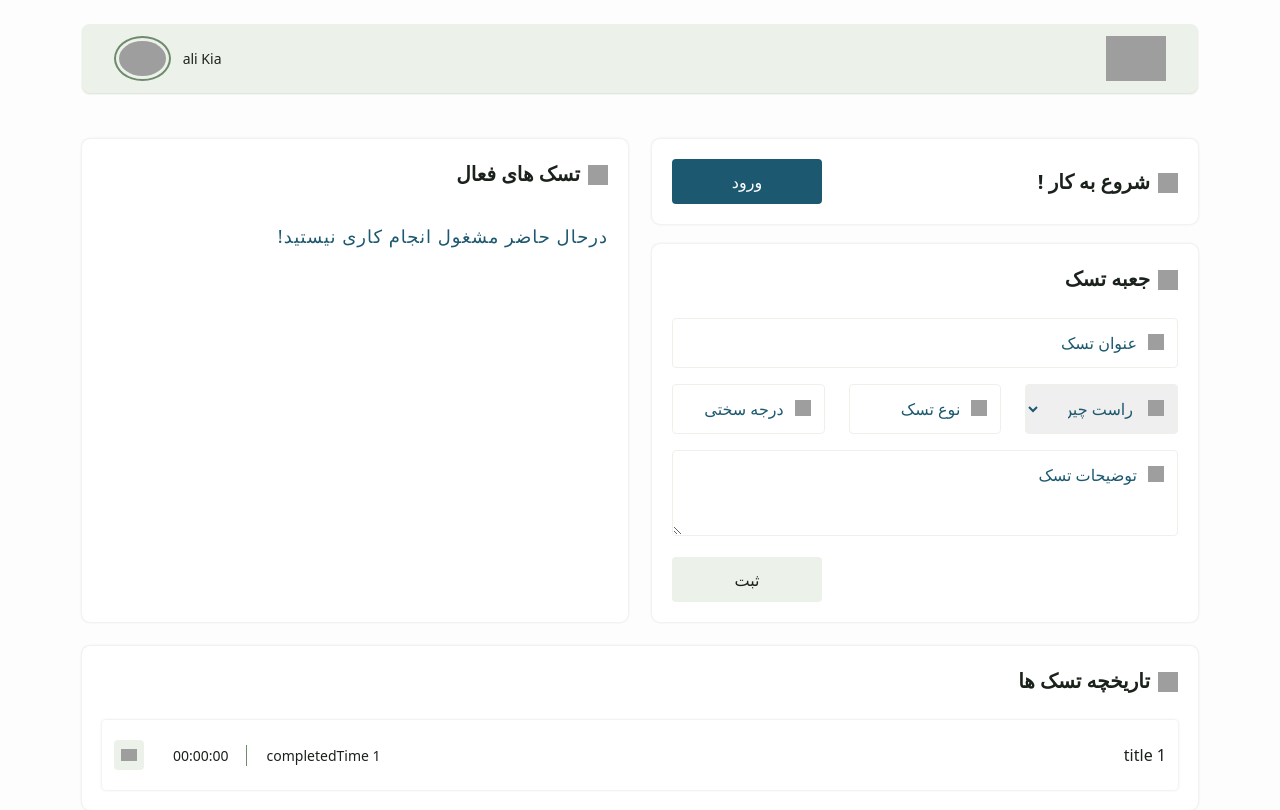
Repository: alirezvanikia/dynamic-form
Page: /
The author's editor kept a copy of each file at every save. The page is drawn from the files as they stood at one save, then again after the next save.
The browser window is 1280 px wide. The pictures show the whole page.
Pictures or frames that could not be fetched are drawn as grey boxes. The project was rebuilt for these pictures with package versions that can differ from the ones it lists, and the page was loaded fresh each time. Also part of the build but not shown: vite.config.js, src/components/taskModal.vue.

Above is the page before, as saved 2024-11-09 21:41:22.

### src/App.vue
<template>
  <div class="task-manager" ref="taskManagerDiv">
    <div class="container">
      <header class="header">
        <div class="header__logo">
          <img class="header__image" src="./media/rtl-logo.png" alt="logo">
        </div>
        <div class="header__avatar">
          <div class="header__name">
            ali Kia
          </div>
          <img class="header__image" src="./media/avatar.png" alt="avatar">
        </div>
      </header>
      <div class="task-manager-area row">
        <div class="col-lg-6">
          <div class="task-manager-box task-manager-box__attendance-time">
            <div class="task-manager-title">
              <div class="task-manager-title__icon">
                <img src="./icons/cookie.svg" class="task-manager-icon" alt="cookie">
              </div>
              <div class="task-manager-title__text">
                شروع به کار !
              </div>
            </div>
            <div class="task-manager-box__attendance-btn">
              <button @click="addTask" class="btn btn--blue me-auto">ورود</button>
            </div>
          </div>
          <div class="task-manager-box">
            <div class="task-manager-values">
              <div class="task-manager-title">
                <div class="task-manager-title__icon">
                  <img src="./icons/add-task-box.svg" class="task-manager-icon" alt="hand-scanner">
                </div>
                <div class="task-manager-title__text">
                  جعبه تسک
                </div>
              </div>
              <div class="row">
                <div class="col-lg-12">
                  <div class="task-manager-input">
                    <input v-model="newTaskTitle" type="text" placeholder="عنوان تسک"
                      class="task-manager-input__inner" />
                    <img src="./icons/pencil.svg" class="task-manager-icon" alt="pencil">
                  </div>
                </div>
                <div class="col-lg-4">
                  <div class="task-manager-input">
                    <select class="task-manager-input__inner" v-model="newTaskCategory"
                      aria-label="Default select example">
                      <option selected Default value="راست چین">راست چین</option>
                      <option value="هاست">هاست</option>
                      <option value="جلسه">جلسه</option>
                      <option value="متفرقه">متفرقه</option>
                    </select>
                    <img src="./icons/file-search.svg" class="task-manager-icon" alt="pencil">
                  </div>
                </div>
                <div class="col-lg-4">
                  <div class="task-manager-input">
                    <input type="text" v-model="newTaskType" placeholder="نوع تسک" class="task-manager-input__inner">
                    <img src="./icons/chart-network.svg" class="task-manager-icon" alt="chart-network">
                  </div>
                </div>
                <div class="col-lg-4">
                  <div class="task-manager-input">
                    <input type="number" v-model="newTaskLevel" placeholder="درجه سختی"
                      class="task-manager-input__inner">
                    <img src="./icons/tornado.svg" class="task-manager-icon" alt="tornado">
                  </div>
                </div>
                <div class="col-lg-12">
                  <div class="task-manager-input">
                    <textarea class="task-manager-input__inner" v-model="newTaskDescription" placeholder="توضیحات تسک"
                      id="exampleFormControlTextarea1" rows="3"></textarea>
                    <img src="./icons/microphone-alt.svg" class="task-manager-icon" alt="chart-network">
                  </div>
                </div>
                <div class="task-manager__action">
                  <button @click="addTask" class="btn btn--green me-auto">ثبت</button>
                </div>
              </div>
            </div>
          </div>
        </div>
        <div class="col-lg-6">
          <div class="task-manager-box h-100">
            <div class="task-manager-actives">
              <div class="task-manager-title">
                <div class="task-manager-title__icon">
                  <img src="./icons/recycle.svg" class="task-manager-icon" alt="hand-scanner">
                </div>
                <div class="task-manager-title__text">
                  تسک های فعال
                </div>
              </div>
            </div>
            <div class="row">
              <div class="col-lg-12">
                <div class="task-manager-card-container">
                  <!--
                  create cards and add 'activeTasks' for all
                  - `key`: every tasks key
                  - `isCompleted`: tasks status
                  - `@end-task="completeTask(task.id)`: call completed task with id after end task
                -->
                  <taskCard v-for="task in activeTasks" :key="task.id" :title="task.title"
                    :isCompleted="task.isCompleted" :id="task.id" @end-task="completeTask"
                    :completedTime="task.completedTime" @pause-task="pauseTask" @resume-task="resumeTask" />
                  <!-- For when the box is empty-->
                  <div class="task-manager-box__empty" v-if="activeTasks.length == 0">
                    درحال حاضر مشغول انجام کاری نیستید!
                  </div>
                </div>
              </div>
            </div>
          </div>
        </div>
        <div class="col-lg-12">
          <div class="task-manager-box mt-4">
            <div class="task-manager-history">
              <div class="task-manager-title">
                <div class="task-manager-title__icon">
                  <img src="./icons/time-twenty-four.svg" class="task-manager-icon" alt="time-twenty-four">
                </div>
                <div class="task-manager-title__text">
                  تاریخچه تسک ها
                </div>
              </div>
              <div class="task-manager-card-container">
                <div class="task-manager-card-container">
                  <taskCard v-for="task in completedTasks" :key="task.id" :title="task.title" :type="task.type"
                    :category="task.category" :isCompleted="task.isCompleted" :id="task.id"
                    :completedTime="task.completedTime" @detail-task="showTaskDetails(task.id)"
                    @end-task="completeTask" />
                </div>

              </div>
              <!-- For when the box is empty-->
              <div class="task-manager-box__empty" v-if="completedTasks.length == 0">
                تسک انجام شده ای در تاریخچه شما یافت نشد!
              </div>
            </div>
          </div>
        </div>
      </div>
    </div>

    <taskModal v-if="isModalVisible" :taskTitle="selectedTaskTitle" :taskCategory="selectedTaskCategory"
      :taskType="selectedTaskType" :taskLevel="selectedTaskLevel" :taskDescription="selectedTaskDescription"
      @close="hideTaskDetails" />

  </div>
</template>

<script>
//import axios from 'axios';
import taskCard from './components/taskCard.vue';
import TaskModal from './components/taskModal.vue';

export default {
  components: { taskCard, TaskModal },
  data() {
    return {
      newTaskTitle: '', // Save input value
      newTaskType: '', // Save input type
      newTaskLevel: '', // Save input type
      tasks: [], // Tasks list
      newTaskCategory: 'راست چین', // مقدار پیش‌فرض برای نمایش «راست چین»
      isModalVisible: false, // متغیر برای کنترل نمایش مدال
      selectedTaskTitle: '',
      selectedTaskCategory: '',
      selectedTaskType: '',
      selectedTaskLevel: '',
      selectedTaskDescription: '',
    };
  },
  computed: {
    activeTasks() {
      return this.tasks.filter(task => !task.isCompleted);
    },
    completedTasks() {
      return this.tasks.filter(task => task.isCompleted);
    },
  },
  methods: {
    fetchTasks() {
      fetch('/jsonData.json')
        .then(response => response.json())
        .then(data => {
          // Assuming each task has `isCompleted` property, if not, initialize it
          this.tasks = data.map(task => ({
            ...task, title: task.title,
            category: task.category,
            type: task.type,
            level: task.level,
            description: task.description,
            completedDate: task.completedDate,
            isCompleted: task.completedTime
              ? true : false
          })
          );
        })
        .catch(error => console.error('Error fetching tasks:', error));
    },

    addTask() {
      // افزودن تسک جدید به لیست تسک‌ها
      if (this.newTaskTitle) {
        this.tasks.push({
          id: Math.floor(Math.random() * 1000000), // تولید شناسه یکتا برای تسک
          title: this.newTaskTitle,
          type: this.newTaskType,
          category: this.newTaskCategory,
          level: this.newTaskLevel,
          description: this.newTaskDescription,
          isCompleted: false // وضعیت تکمیل نشده
        });
        // بازنشانی مقادیر فیلدهای فرم تسک جدید
        this.newTaskTitle = '';
        this.newTaskType = '';
        this.newTaskCategory = 'راست چین';
        this.newTaskLevel = '';
        this.newTaskDescription = '';
      }
    },

    completeTask(completedTime, id, completedElapsedTime) {
      // تابعی برای علامت زدن تسک به عنوان تکمیل شده
      const task = this.tasks.find(task => task.id === id); // پیدا کردن تسکی با شناسه‌ی مشخص
      if (task) { // بررسی وجود تسک
        task.isCompleted = true; // تنظیم وضعیت تسک به تکمیل شده
        task.completedTime = completedTime; // ثبت زمان تکمیل
        console.log(completedElapsedTime);
      }
    },

    pauseTask(id) {
      console.log(`Paused task with ID: ${id}`);
    },
    resumeTask(id) {
      console.log(`Resumed task with ID: ${id}`);
    },
    detailTask(id) {
      console.log(`Detail for task with ID: ${id}`);
      const taskManagerDiv = this.$refs.taskManagerDiv;

      // Log the div to the console
      console.log(taskManagerDiv);
    },
    removeCompletedTask(id) {
      this.tasks = this.tasks.filter(task => task.id !== id);
    },
    showTaskDetails(id) {
      const task = this.tasks.find(task => task.id === id);
      if (task) {
        this.selectedTaskTitle = task.title;
        this.selectedTaskCategory = task.category;
        this.selectedTaskType = task.type;
        this.selectedTaskLevel = task.level;
        this.selectedTaskDescription = task.description;

        this.isModalVisible = true;
      }
      console.log(`Show details for task with ID: ${id}`);
      const taskManagerDiv = this.$refs.taskManagerDiv;
      let overlayDiv = taskManagerDiv.querySelector('.overlay');

      if (!overlayDiv) {
        overlayDiv = document.createElement('div');
        overlayDiv.classList.add('overlay');
        overlayDiv.addEventListener('click', this.hideTaskDetails);
        taskManagerDiv.appendChild(overlayDiv);
      }
    },
    hideTaskDetails() {
      this.isModalVisible = false;
      const taskManagerDiv = this.$refs.taskManagerDiv;
      const overlayDiv = taskManagerDiv.querySelector('.overlay');
      if (overlayDiv) {
        taskManagerDiv.removeChild(overlayDiv);
      }
    },

    resetFormFields() {
      this.newTaskTitle = '';
      this.newTaskType = '';
      this.newTaskCategory = 'راست چین';
      this.newTaskLevel = '';
      this.newTaskDescription = '';
    },
  },
  created() {
    this.fetchTasks(); // فراخوانی داده‌ها هنگام لود شدن صفحه
  },

  mounted() {
    this.fetchTasks();
  }
};
</script>

### src/assets/app.scss
$color-white: #FFF;
$color-black: #1b221c;
$color-light: #ecf2e9;
$color-green: #6f8b6e;
$color-blue: #1c586f;
$radius-primary: 4px;
$radius-secondary: 8px;

* {
    margin: 0;
    padding: 0;
    box-sizing: border-box;
}

input[type=number]::-webkit-inner-spin-button,
input[type=number]::-webkit-outer-spin-button {
    -webkit-appearance: none;
    -moz-appearance: none;
    appearance: none;
}

body {
    direction: rtl;
    color: $color-black;
    font-size: 14px;
    font-weight: 400;
    background-color: #FDFDFD;
}

.btn {
    display: flex;
    align-items: center;
    justify-content: center;
    height: 45px;
    border-radius: $radius-primary;
    border: none;
    min-width: 150px;
    transition: all 0.3s;

    &.btn--green {
        background-color: $color-light;
        color: $color-black;

        &:hover {
            background-color: $color-green;
            color: $color-white;
            transition: all 0.3s;
        }
    }

    &.btn--blue {
        background-color: $color-blue;
        color: $color-white;

        &:hover {
            background-color: $color-blue;
            color: $color-white;
            transition: all 0.3s;
        }
    }

    &.btn--square {
        width: 30px;
        height: 30px;
        min-width: auto;

        img {
            width: 16px;
        }
    }
}

.overlay {
    background-color: #2a2a2ab8;
    position: fixed;
    width: 100%;
    height: 100%;
    z-index: 99;
    top: 0;
    right: 0;
}

.header {
    display: flex;
    justify-content: space-between;
    align-items: center;
    padding: 12px 32px;
    background-color: $color-light;
    border-radius: $radius-secondary;
    box-shadow: 0 1px 2px #d6dfd5;
    margin-top: 24px;

    &__avatar {
        display: flex;
        align-items: center;
        justify-content: center;
        gap: 12px;

        .header__image {
            border-radius: 50%;
            border: 2px solid $color-green;
            padding: 3px;
        }
    }

    &__image {
        height: 45px;
    }

    &__name {
        color: $color-black;
        font-size: 14px;
        font-weight: 500;
    }
}

.task-manager {
    &-box {
        padding: 20px;
        border-radius: $radius-secondary;
        box-shadow: 0 0 3px #d6dfd5;
        background-color: $color-white;

        &__empty {
            margin-top: 10px;
            font-size: 18px;
            color: $color-blue;
            letter-spacing: 1px;
        }

        &__attendance-time {
            height: auto;
            margin-bottom: 20px;
            display: flex;
            align-items: center;
            justify-content: space-between;

            .task-manager-title {
                margin-bottom: 0;
            }
        }
    }

    &-area {
        margin-top: 46px;
    }

    &-icon {
        width: 20px;
        height: 20px;
    }

    &-title {
        display: flex;
        align-items: center;
        justify-content: flex-start;
        gap: 8px;
        margin-bottom: 24px;

        &__text {
            color: $color-black;
            font-size: 20px;
            font-weight: 600;
        }
    }

    &-input {
        position: relative;
        margin-bottom: 16px;

        &__inner {
            min-height: 50px;
            border: 1px solid $color-light;
            border-radius: $radius-primary;
            width: 100%;
            padding: 0 40px 0 26px;
            font-size: 16px;
            color: $color-blue;

            &::placeholder {
                color: $color-blue;
            }

            &:focus-visible {
                outline: -webkit-focus-ring-color auto 0;
            }

            &:focus {
                border: 1px solid $color-blue
            }
        }

        textarea {
            padding: 12px 40px 0 26px;
        }

        .task-manager-icon {
            position: absolute;
            top: 16px;
            right: 14px;
            width: 16px;
            height: 16px;
        }
    }

    &-card {
        display: flex;
        align-items: center;
        justify-content: space-between;
        gap: 16px;
        padding: 12px;
        background-color: $color-white;
        box-shadow: 0 0 3px #d6dfd5;
        border-radius: $radius-primary;
        margin-bottom: 16px;
        transition: all 0.3s;
        color: $color-black;

        &:last-child {
            margin: 0;
        }

        &:hover {
            box-shadow: 0 0 3px #888787;
            transition: all 0.3s;
        }

        &.active {
            background-color: $color-green;
            color: $color-white;

            .btn--green {
                &:hover {
                    background-color: $color-white;
                }
            }
        }

        &__informations {
            display: flex;
            align-items: center;
            justify-content: center;
            gap: 12px;
        }

        &__actions {
            display: flex;
            align-items: center;
            justify-content: center;
            gap: 4px;
        }

        &__title {
            font-size: 16px;
            font-weight: 400;
        }

        &__date {
            padding-left: 20px;
            border-left: 1px solid $color-green;
        }

        &__timer {
            padding-right: 5px;
        }
    }

    &-history {
        .task-manager-card {
            height: 70px;
        }
    }

    &-modal {
        padding: 20px;
        border-radius: $radius-secondary;
        background-color: $color-light;
        width: 500px;
        height: auto;
        position: absolute;
        top: 50%;
        left: 50%;
        transform: translate(-50%, 0);
        z-index: 999;

        &__btn {
            min-width: 20px;
            height: 20px;
            background-color: transparent;
            position: absolute;
            top: 16px;
            left: 16px;
            border-radius: 50%;
            padding: 0;

            &:hover {
                background-color: $color-white;
            }
        }

        &__content {
            margin-top:25px;

            &-item {
                padding: 16px 2px;
                border-bottom: 1px solid $color-white;
                display: flex;
                align-items: center;
                justify-content: space-between;

                &:last-child {
                    border: none;
                }

                &-title {
                    font-weight: 600;
                    color: $color-blue;
                    min-width: 120px;
                }

                &-desc {
                    text-align: end;
                    color: $color-blue;
                }
            }
        }
    }

}

### src/components/taskCard.vue
<template>
    <div :class="{ active: !isCompleted }" class="task-manager-card">
        <!-- Task card with active class if not completed -->
        <div class="task-manager-card__content">
            <div class="task-manager-card__title">
                {{ title }}
            </div>
        </div>
        <div class="task-manager-card__informations">
            <div class="task-manager-card__date">
                {{ completedTime }} <!-- Show completion time if available -->
            </div>
            <div class="task-manager-card__timer">
                {{ formattedTime }} <!-- Show current time -->
            </div>
            <div class="task-manager-card__timer">
                {{ completedElapsedTime }} <!-- Show final or current time -->
            </div>
            <div class="task-manager-card__actions" v-if="!isCompleted">
                <div v-if="!isPaused" @click="pauseTask" class="btn btn--green btn--square">
                    <img src="../icons/pause.svg" alt="pause">
                </div>
                <div v-else @click="resumeTask" class="btn btn--green btn--square">
                    <img src="../icons/play.svg" alt="play">
                </div>
                <div @click="endTask" class="btn btn--green btn--square">
                    <img src="../icons/check.svg" alt="checkbox">
                </div>
            </div>
            <div class="task-manager-card__actions" v-else>
                <div @click="detailTask" class="btn btn--green btn--square">
                    <img src="../icons/exclamation.svg" alt="exclamation">
                </div>
            </div>
        </div>
    </div>
</template>

<script>
export default {
    props: {
        title: {
            type: String,
            required: true,
        },
        type: {
            type: String,
            required: true,
        },
        category: {
            type: String,
            required: true,
        },
        isCompleted: {
            type: Boolean,
            default: false,
        },
        id: {
            type: Number,
            required: true,
        },
        completedTime: { // Prop to display completion time
            type: String,
            default: ''
        },
        completedElapsedTime: { // تعریف prop برای زمان سپری شده نهایی
            type: Number,
            default: 0,
        },
        task: Object // Transfer the complete information of the task to the card component
    },

    data() {
        return {
            elapsedTime: 0, // Currently elapsed time
            timer: null, // Variables for save time
            isPaused: false, // Timer status
            completedElapsedTime: null, // Save the final elapsed time
            ShowedDetail: false,
            a: 0,
        };
    },
    computed: {
        formattedTime() {
            // Format to current time
            return this.formatTime(this.elapsedTime);
        },
        formattedCompletedTime() {
            // Final elapsed time format
            return this.formatTime(this.completedElapsedTime);
        }
    },
    watch: {
        // If the task is completed, stop the timer
        isCompleted(newValue) {
            if (newValue) {
                clearInterval(this.timer);
                this.completedElapsedTime = this.elapsedTime;
            }
        }
    },
    mounted() {
        // Start the timer when building the component if the task is not completed
        if (!this.isCompleted) {
            this.startTimer();
        }
    },
    beforeUnmount() {
        // Clear the timer before destroying the component
        clearInterval(this.timer);
    },
    methods: {
        // Start timer
        startTimer() {
            if (!this.isCompleted) {
                this.timer = setInterval(() => {
                    this.elapsedTime++;
                }, 1000);
            }
        },
        // Stop the timer and change the state
        pauseTask() {
            clearInterval(this.timer);
            this.isPaused = true;
            this.$emit('pause-task', this.id);
        },
        // Restart the timer and change the state
        resumeTask() {
            this.startTimer();
            this.isPaused = false;
            this.$emit('resume-task', this.id);
        },
        // Finish the task and save the final time
        endTask() {
            clearInterval(this.timer);

            this.completedElapsedTime = this.elapsedTime; // Save the final elapsed time

            const dateObj = new Date();
            const minutes = dateObj.getMinutes();
            const hours = dateObj.getHours();
            const day = dateObj.getDate();
            const month = dateObj.getMonth() + 1;
            const year = dateObj.getFullYear();

            this.compeletedTime = ` ${hours}:${minutes} - ${year}/${month}/${day}`;
            this.$emit('end-task', this.compeletedTime, this.id, this.completedElapsedTime); // Send completion event to parent
        },
        // Display task details
        detailTask() {
            this.$emit('detail-task', this.id); // Pass the task ID to the parent for display
        },
        // format to time (hour:minute:second)
        formatTime(timeInSeconds) {
            const hours = Math.floor(timeInSeconds / 3600);
            const minutes = Math.floor((timeInSeconds % 3600) / 60);
            const seconds = timeInSeconds % 60;
            return `${String(hours).padStart(2, '0')}:${String(minutes).padStart(2, '0')}:${String(seconds).padStart(2, '0')}`;
        }
    },
};
</script>

Loaded but not shown: public/index.html (common file); public/jsonData.json (13 lines, source omitted); src/main.js (7 lines, source omitted)

After the next save:
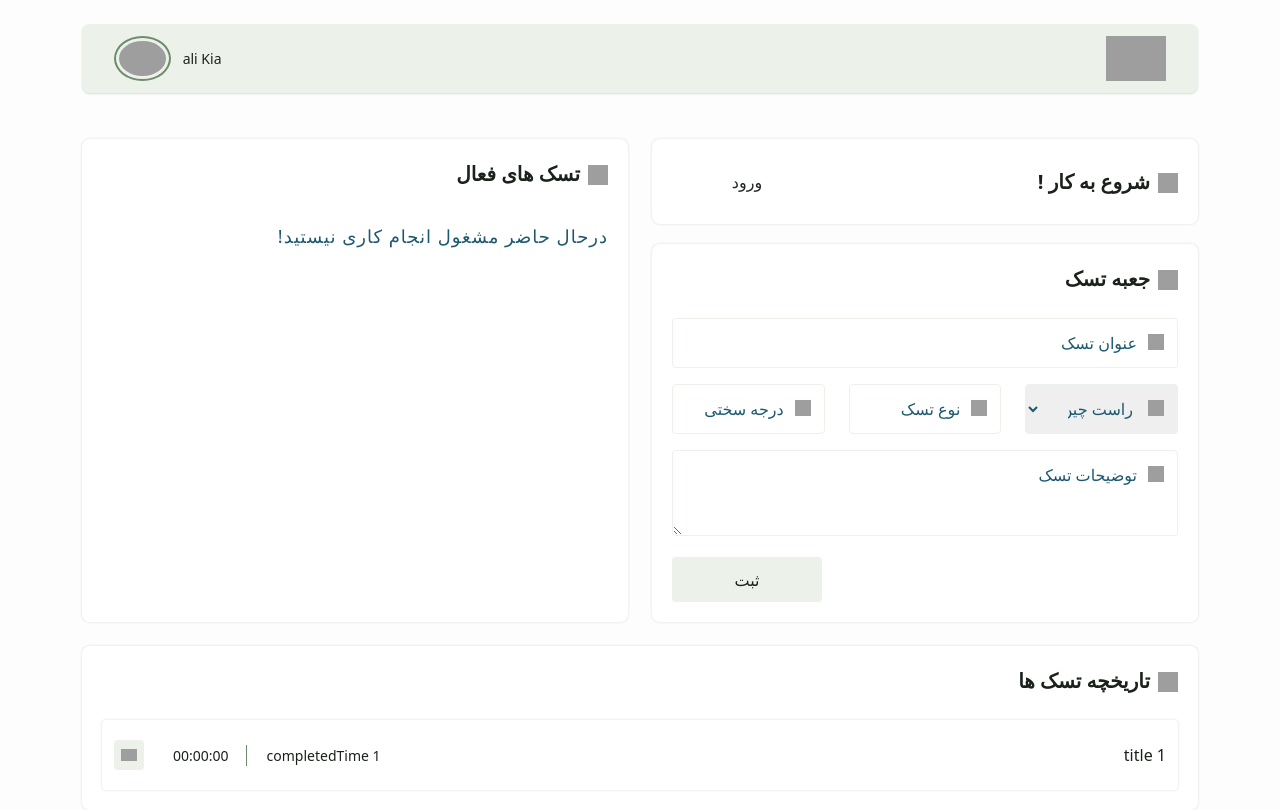
Saved 14 s later.
--- a/src/App.vue
+++ b/src/App.vue
@@ -24,7 +24,7 @@
               </div>
             </div>
             <div class="task-manager-box__attendance-btn">
-              <button @click="addTask" class="btn btn--blue me-auto">ورود</button>
+              <button @click="addTask" class="btn btn--dark me-auto">ورود</button>
             </div>
           </div>
           <div class="task-manager-box">
